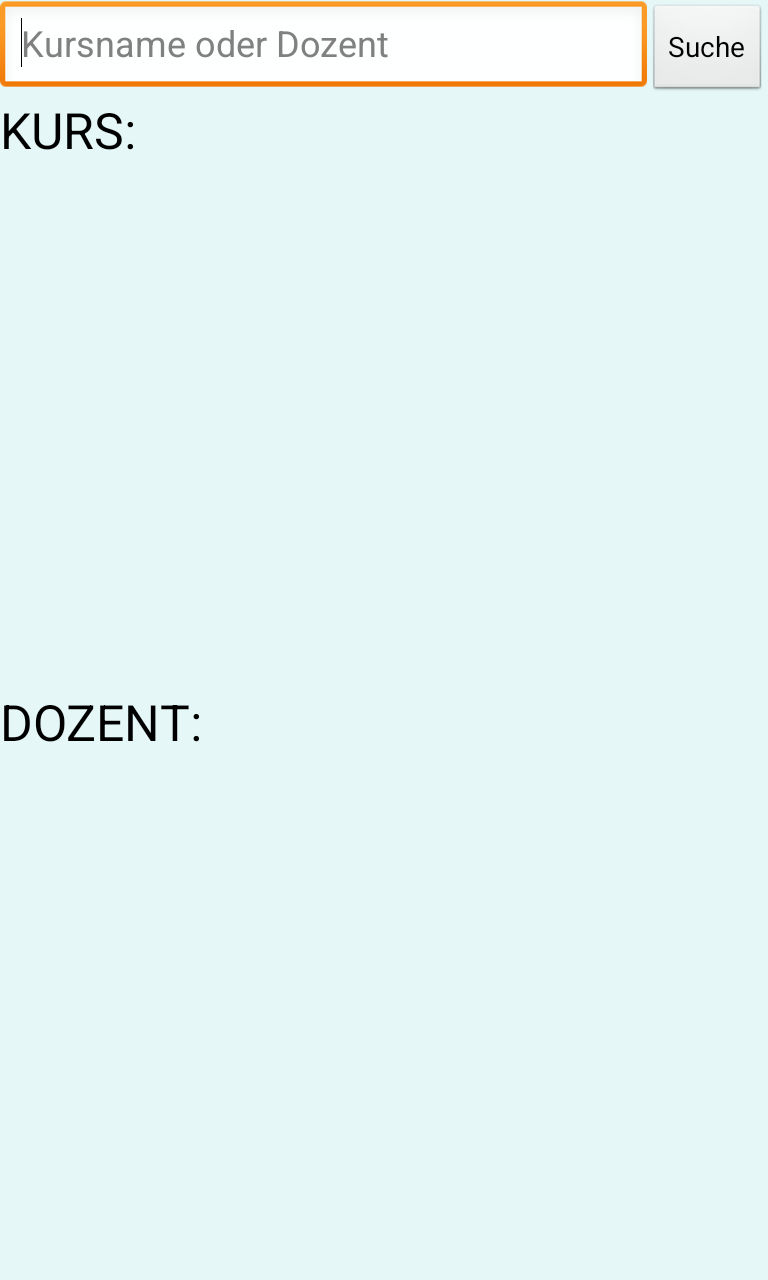
Repository: georgleber/IliConnect
Layout: IliConnect/res/layout/suche_layout.xml
The author's editor kept a copy of each file at every save. The layout is drawn from the files as they stood at one save, then again after the next save.
It is drawn on a 768 x 1280 px phone screen (xhdpi) without system bars, with theme AppTheme; the app's code is not run. Lists and similar views that code fills are empty.

Above is the layout before, as saved 2012-12-18 23:23:07.

### IliConnect/res/layout/suche_layout.xml
<?xml version="1.0" encoding="utf-8"?>
<LinearLayout xmlns:android="http://schemas.android.com/apk/res/android"
    android:layout_width="match_parent"
    android:layout_height="match_parent"
    android:background="#E5F7F7"
    android:orientation="vertical" >

    <LinearLayout
        android:layout_width="match_parent"
        android:layout_height="wrap_content"
        android:orientation="horizontal" >

        <EditText
            android:id="@+id/editText1"
            android:layout_width="0dp"
            android:layout_height="wrap_content"
            android:layout_weight="1.51"
            android:ems="10"
            android:hint="@string/search_string"
            android:singleLine="true" >

            <requestFocus />
        </EditText>

        <Button
            android:id="@+id/search_button"
            android:layout_width="wrap_content"
            android:layout_height="wrap_content"
            android:text="@string/searching_button" />
    </LinearLayout>

    <LinearLayout
        android:layout_width="match_parent"
        android:layout_height="match_parent"
        android:orientation="vertical" >

        <LinearLayout
            android:layout_width="wrap_content"
            android:layout_height="wrap_content"
            android:layout_weight="0.3"
            android:orientation="vertical" >

            <TextView
                android:id="@+id/kurs_label"
                android:layout_width="match_parent"
                android:layout_height="wrap_content"
                android:text="@string/kurs_suche"
                android:textAppearance="?android:attr/textAppearanceMedium"
                android:textSize="25sp" />

            <ListView
                android:id="@+id/kurs_list"
                style="@style/ListView"
                android:layout_width="fill_parent"
                android:layout_height="wrap_content"
                >
            </ListView>
        </LinearLayout>

        <LinearLayout
            android:layout_width="wrap_content"
            android:layout_height="wrap_content"
            android:layout_weight="0.3"
            android:orientation="vertical" >

            <TextView
                android:id="@+id/dozent_suche_label"
                android:layout_width="match_parent"
                android:layout_height="wrap_content"

                android:text="@string/Dozent_suche"
                android:textAppearance="?android:attr/textAppearanceMedium"
                android:textSize="25sp" />

            <ListView
                android:id="@+id/dozent_list"
                style="@style/ListView"
                android:layout_width="wrap_content"
                android:layout_height="wrap_content" >

            </ListView>
        </LinearLayout>

    </LinearLayout>

</LinearLayout>

### IliConnect/res/values/styles.xml
<resources xmlns:android="http://schemas.android.com/apk/res/android">

    <style name="AppTheme" parent="android:Theme.Light" />
    <style name="ListView">
        <item name="android:layout_width">fill_parent</item>
        <item name="android:layout_height">fill_parent</item>
        <item name="android:textColor">#000000</item>
        <item name="android:background">@color/mintFH</item>
        <item name="android:cacheColorHint">@color/mintFH</item>
        <item name="android:listSelector">@drawable/list_selector</item>
    </style>

</resources>

### IliConnect/res/values/strings.xml
<resources>

    <string name="app_name">IliConnect</string>
    <string name="hello_world">Hello world!</string>
    <string name="menu_settings">Settings</string>
    <string name="title_activity_main">IliConnect</string>
    <string name="passwort_label">"Passwort: "</string>
    <string name="Email_label">"ID: "</string>
    <string name="login_button">Login</string>
    <string name="passwort_hint">******</string>
    <string name="email_pre">userid</string>
    <string name="desc_logoright">FH-Aachen Logo</string>
	<string name="desc_head">Ilias Logo</string>
	<string name="logout">Logout</string>
	<string name="magazin">Magazin</string>
	<string name="uebersicht">Übersicht</string>
	<string name="account_logout">Logout</string>
	<string name="QR_Code">Scan QR Code</string>
	<string name="todo_liste">Todo Liste</string>
	<string name="Date">Montag 17.12.2012 Praktikum Fassbender</string>
	<string name="desc_seminar">Beschreibung:</string>
	<string name="desc_long">Dies ist ein Testseminar. Hier würde ihr Text stehen der das Seminar beschreibt.</string>
	<string name="search_string">Kursname oder Dozent</string>
	<string name="termine_string">Termine:</string>
	<string name="geaendertedateien_string">Geänderte Dateien:</string>
	<string name="qr_string">QR Scanner:</string>
	<string name="datum_praktikum">24.12.2012 Praktikum SWE</string>
	<string name="Testmessage">Testmeldung</string>
	<string name="stringurl">Url: </string>
	<string name="urlHint">www.ilias.de</string>
	<string name="logout_menu">Ausloggen</string>
	<string name="settings_menu">Einstellungen</string>
	<string name="sync_label">Synchronisation:</string>
	<string name="Sync_intervall">Intervall: </string>
	<string name="Wlan_snyc">"nur über Wlan: "</string>
	<string name="dates_sync">"Anzahl der Termine: "</string>
	<string name="Notifi_sync">"Benachrichtigungen: "</string>
	<string name="Warning_sync">"Warnung: "</string>
	<string name="Critical_sync">"Kritisch: "</string>
	<string name="sync_button">Synchronisieren</string>

	 <string-array name="array_intervall">
        <item>15 Min</item>
        <item>30 Min</item>
        <item>1 H</item>
        <item>2 H</item>
        <item>1 D</item>
    </string-array>
    <string-array name="array_termine">
        <item>1</item>
        <item>2</item>
        <item>3</item>
        <item>4</item>
        <item>5</item>
    </string-array>
    <string-array name="array_warnung">
        <item>3 D</item>
        <item>4 D</item>
        <item>5 D</item>
        <item>6 D</item>
    </string-array>
    <string-array name="array_Kritisch">
        <item>1 D</item>
        <item>2 D</item>
    </string-array>
        <string name="testdates">24.12.2012    16 Uhr</string>
        <string name="testpraktikum">Software Engineering Praktikum</string>
        <string name="testpraktikum2">25.12.2012    14 Uhr</string>
        <string name="testpraktikum3">Bildverarbeitung Praktikum</string>
        <string name="kurs_abmeldung">Abmelden</string>
        <string name="test_file">Aufgabe 1.pdf</string>
        <string name="kurs_suche">KURS:</string>
        <string name="Dozent_suche">DOZENT:</string>
        <string name="test_seminar">Physik</string>
        <string name="Join_kurs">Beitreten</string>
        <string name="dozent_fassbender">"Prof. Dr. rer. nat. Faßbender "</string>
        <string name="button_kurse">Kurse</string>
        <string name="searching_button">Suche</string>
        <string name="Kurs_default">Physik</string>

</resources>

### IliConnect/res/values/color.xml
<resources xmlns:android="http://schemas.android.com/apk/res/android">
    <color name="mintFH">#E5F7F7</color>
    <color name="darkmint">#00B1AC</color>
</resources>

### IliConnect/res/drawable/list_selector.xml
<?xml version="1.0" encoding="utf-8"?>
<selector xmlns:android="http://schemas.android.com/apk/res/android"
    android:background="#E5F7F7">
    <!-- touch down -->
    <item
        android:drawable="@drawable/list_selector_pressed"
        android:state_pressed="true"/>
    <!-- selected -->
    <item
        android:textColor="#000000"
        android:drawable="@drawable/list_selector_selected"
        android:state_selected="true"
        android:state_focused="false"
        android:state_pressed="false"/>
</selector>

### IliConnect/res/drawable/list_selector_pressed.xml
<?xml version="1.0" encoding="utf-8"?>
<layer-list xmlns:android="http://schemas.android.com/apk/res/android"
    android:background="#E5F7F7">
    <item>
        <shape android:shape="rectangle">
            <solid android:color="@color/darkmint"/>
            <size android:width="1dip"/>
            <size android:height="1dip"/>
        </shape>
    </item>
</layer-list>

### IliConnect/res/drawable/list_selector_selected.xml
<?xml version="1.0" encoding="utf-8"?>
<layer-list xmlns:android="http://schemas.android.com/apk/res/android"
    android:background="#E5F7F7">
    <item>
        <shape android:shape="rectangle">
            <solid android:color="@color/darkmint"/>
            <size android:width="1dip"/>
            <size android:height="1dip"/>
        </shape>
    </item>
</layer-list>

After the next save:
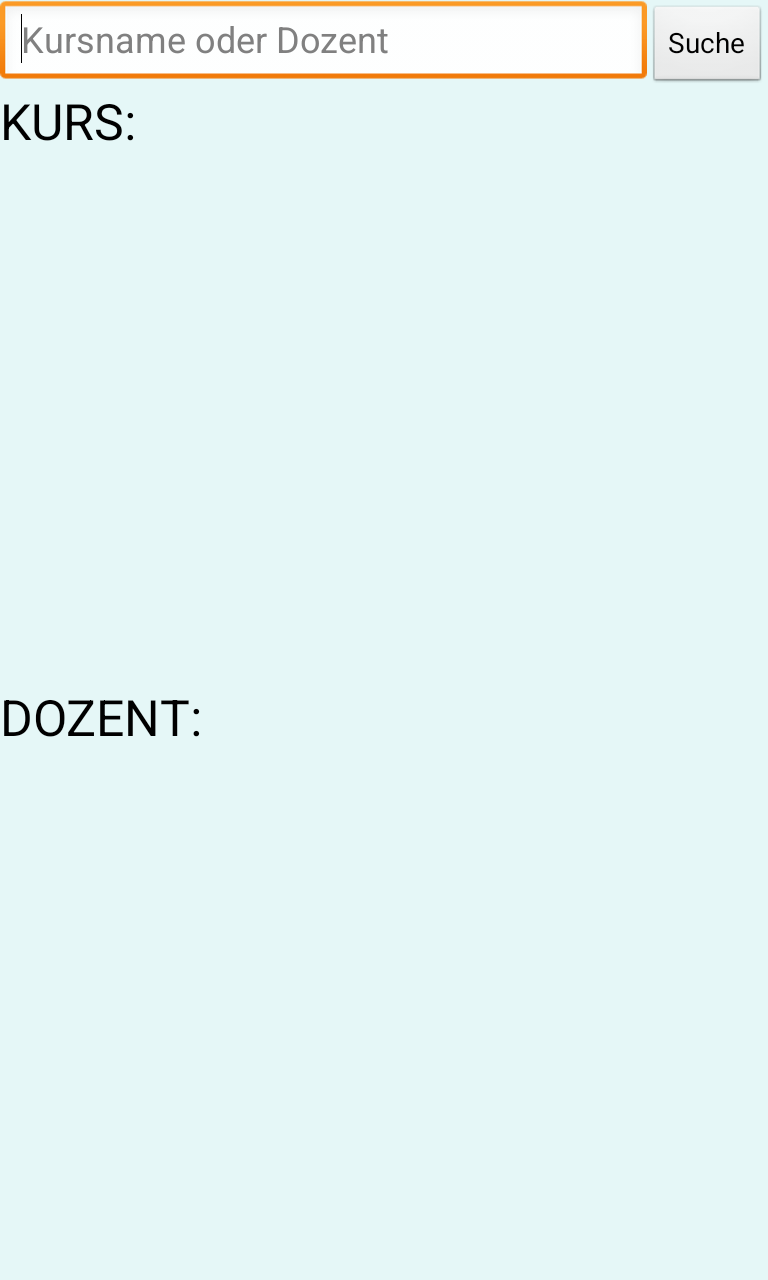
Saved 41 s later.
--- a/IliConnect/res/layout/suche_layout.xml
+++ b/IliConnect/res/layout/suche_layout.xml
@@ -8,6 +8,7 @@
     <LinearLayout
         android:layout_width="match_parent"
         android:layout_height="wrap_content"
+        android:layout_weight="0.1"
         android:orientation="horizontal" >
 
         <EditText
@@ -32,6 +33,7 @@
     <LinearLayout
         android:layout_width="match_parent"
         android:layout_height="match_parent"
+        android:layout_weight="0.9"
         android:orientation="vertical" >
 
         <LinearLayout
